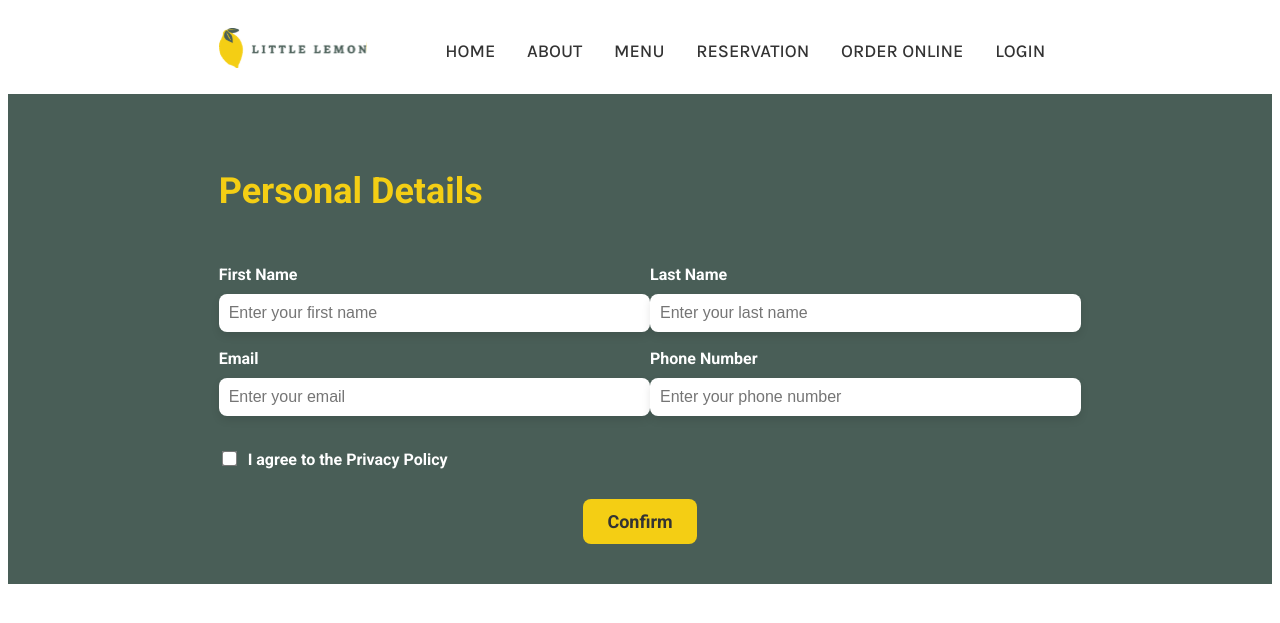
Repository: Yeshwanth-189/little-lemon
Page: /personal-details (app in little-lemon/)
An editor plug-in stored every save of this project. The page is shown before and after the next save, followed by the edit.
The browser window is 1280 px wide. The pictures show the whole page.
The project was rebuilt for these pictures with package versions that can differ from the ones it lists, and the page was loaded fresh each time. Also part of the build but not shown: little-lemon/src/index.css, little-lemon/src/components/Hero/Hero.css, little-lemon/src/components/Hero/Hero.jsx, little-lemon/src/components/Specials/Specials.css, little-lemon/src/components/Specials/Specials.jsx, little-lemon/src/components/Testimonials/Testimonials.css, little-lemon/src/components/Testimonials/Testimonials.jsx, little-lemon/src/components/About/About.css and 6 more.

Above is the page before, as saved 2025-04-26 23:43:05.

### little-lemon/public/index.html
<!DOCTYPE html>
<html lang="en">
  <head>
    <meta charset="utf-8" />
    <link rel="icon" href="%PUBLIC_URL%/Logo.png" />
    <meta name="viewport" content="width=device-width, initial-scale=1" />
    <meta name="theme-color" content="#000000" />
    <meta
      name="description"
      content="Little Lemon is a family-run Mediterranean restaurant in Chicago, IL."
    />
    <meta name="og:image" content="%PUBLIC_URL%/Logo.png" />
    <meta name="og:title" content="Little-Lemon Restaurant" />
    <link rel="apple-touch-icon" href="%PUBLIC_URL%/Logo.png" />
    <!--
      manifest.json provides metadata used when your web app is installed on a
      user's mobile device or desktop. See https://developers.google.com/web/fundamentals/web-app-manifest/
    -->
    <link rel="manifest" href="%PUBLIC_URL%/manifest.json" />
    <!--
      Notice the use of %PUBLIC_URL% in the tags above.
      It will be replaced with the URL of the `public` folder during the build.
      Only files inside the `public` folder can be referenced from the HTML.

      Unlike "/favicon.ico" or "favicon.ico", "%PUBLIC_URL%/favicon.ico" will
      work correctly both with client-side routing and a non-root public URL.
      Learn how to configure a non-root public URL by running `npm run build`.
    -->
    <title>Little Lemon</title>
    <link rel="stylesheet" href="%PUBLIC_URL%/index.css" />
    <link rel="preconnect" href="https://fonts.googleapis.com" />
    <link rel="preconnect" href="https://fonts.gstatic.com" crossorigin />
    <link
      href="https://fonts.googleapis.com/css2?family=Karla:ital,wght@0,200..800;1,200..800&display=swap"
      rel="stylesheet"
    />
    <link rel="preconnect" href="https://fonts.googleapis.com" />
    <link rel="preconnect" href="https://fonts.gstatic.com" crossorigin />
    <link
      href="https://fonts.googleapis.com/css2?family=Karla:ital,wght@0,200..800;1,200..800&family=Roboto:ital,wght@0,100..900;1,100..900&display=swap"
      rel="stylesheet"
    />
  </head>
  <body>
    <noscript>You need to enable JavaScript to run this app.</noscript>
    <div id="root"></div>
    <!--
      This HTML file is a template.
      If you open it directly in the browser, you will see an empty page.

      You can add webfonts, meta tags, or analytics to this file.
      The build step will place the bundled scripts into the <body> tag.

      To begin the development, run `npm start` or `yarn start`.
      To create a production bundle, use `npm run build` or `yarn build`.
    -->
  </body>
</html>

### little-lemon/src/App.js
import React from "react";
import { BrowserRouter as Router, Routes, Route } from "react-router-dom";
import Nav from "./components/Navigation/NavBar";
import Hero from "./components/Hero/Hero";
import Specials from "./components/Specials/Specials";
import Testimonials from "./components/Testimonials/Testimonials";
import About from "./components/About/About";
import Footer from "./components/Footer/Footer";
import Reservation from "./components/Reservation/Reservation";
import ReservationImages from "./components/ReservationImages/ReservationImages";
import PersonalDetails from "./components/PersonalDetails/PersonalDetails";

function Home() {
  return (
    <div>
      <Hero />
      <Specials />
      <Testimonials />
      <About />
      <Footer />
    </div>
  );
}

function Menu() {
  return <h1>Menu Page</h1>;
}

function App() {
  return (
    <Router>
      <Nav />
      <Routes>
        <Route path="/" element={<Home />} />
        <Route path="/menu" element={<Menu />} />
        <Route path="/about" element={<About />} />
        <Route
          path="/reservation"
          element={
            <>
              <Reservation />
              <ReservationImages />
            </>
          }
        />
        <Route path="/personal-details" element={<PersonalDetails />} />
      </Routes>
    </Router>
  );
}

export default App;

### little-lemon/src/components/Navigation/NavBar.jsx
import React from "react";
import { Link as RouterLink } from "react-router-dom";
import { Link as ScrollLink } from "react-scroll";
import Logo from "../../assets/Logo.svg";
import "./NavBar.css";

function Nav() {
  return (
    <nav className="nav-grid">
      {/* Empty 1-2 columns */}
      <div className="nav-empty"></div>

      {/* Logo 3-4 */}
      <div className="nav-logo">
        <img src={Logo} alt="Little Lemon Logo" />
      </div>

      {/* Nav links 5-10 */}
      <div className="nav-links">
        <RouterLink to="/">HOME</RouterLink>
        <ScrollLink
          to="about"
          smooth={true}
          duration={1000}
          offset={-70} // Adjust if your NavBar is sticky
        >
          ABOUT
        </ScrollLink>
        <RouterLink to="/menu">MENU</RouterLink>
        <RouterLink to="/reservation">RESERVATION</RouterLink>
        <RouterLink to="/order-online">ORDER ONLINE</RouterLink>
        <RouterLink to="/login">LOGIN</RouterLink>
      </div>

      {/* Empty 11-12 columns */}
      <div className="nav-empty"></div>
    </nav>
  );
}

export default Nav;

### little-lemon/src/components/PersonalDetails/PersonalDetails.jsx
import React from "react";
import { Formik, Form, Field, ErrorMessage } from "formik";
import * as Yup from "yup";
import "./PersonalDetails.css";

function PersonalDetails() {
  return (
    <section className="personal-details-grid">
      {/* Empty margins */}
      <div className="personal-details-empty"></div>

      {/* Main Section */}
      <div className="personal-details-main">
        <h3 className="personal-details-heading">Personal Details</h3>

        <Formik
          initialValues={{
            firstName: "",
            lastName: "",
            email: "",
            phone: "",
            privacyPolicy: false,
          }}
          validationSchema={Yup.object({
            firstName: Yup.string().required("⚠️ First name is required"),
            lastName: Yup.string().required("⚠️ Last name is required"),
            email: Yup.string()
              .email("⚠️ Invalid email address")
              .required("⚠️ Email is required"),
            phone: Yup.string().required("⚠️ Phone number is required"),
            privacyPolicy: Yup.boolean().oneOf(
              [true],
              " ⚠️ You must accept the Privacy Policy"
            ),
          })}
          onSubmit={(values) => {
            console.log("Personal Details Submitted:", values);
          }}
        >
          {({ handleChange, handleSubmit, values }) => (
            <Form onSubmit={handleSubmit}>
              {/* Row 1: First Name and Last Name */}
              <div className="personal-details-row">
                <div className="personal-details-col">
                  <label>First Name</label>
                  <Field
                    name="firstName"
                    type="text"
                    placeholder="Enter your first name"
                    className="input-field"
                    style={{ width: "100%" }}
                  />
                  <ErrorMessage
                    name="firstName"
                    component="div"
                    className="error-message"
                  />
                </div>
                <div className="personal-details-col">
                  <label>Last Name</label>
                  <Field
                    name="lastName"
                    type="text"
                    placeholder="Enter your last name"
                    className="input-field"
                  />
                  <ErrorMessage
                    name="lastName"
                    component="div"
                    className="error-message"
                  />
                </div>
              </div>

              {/* Row 2: Email and Phone */}
              <div className="personal-details-row">
                <div className="personal-details-col">
                  <label>Email</label>
                  <Field
                    name="email"
                    type="email"
                    placeholder="Enter your email"
                    className="input-field"
                  />
                  <ErrorMessage
                    name="email"
                    component="div"
                    className="error-message"
                  />
                </div>
                <div className="personal-details-col">
                  <label>Phone Number</label>
                  <Field
                    name="phone"
                    type="text"
                    placeholder="Enter your phone number"
                    className="input-field"
                  />
                  <ErrorMessage
                    name="phone"
                    component="div"
                    className="error-message"
                  />
                </div>
              </div>

              {/* Row 3: Privacy Policy Checkbox */}
              <div className="personal-details-row">
                <div className="personal-details-col" style={{ flex: 1 }}>
                  <label>
                    <Field type="checkbox" name="privacyPolicy" /> I agree to
                    the Privacy Policy
                  </label>
                  <ErrorMessage
                    name="privacyPolicy"
                    component="div"
                    className="error-message"
                  />
                </div>
              </div>

              {/* Confirm Button */}
              <div style={{ marginTop: "30px", textAlign: "center" }}>
                <button type="submit" className="submit-button">
                  Confirm
                </button>
              </div>
            </Form>
          )}
        </Formik>
      </div>

      {/* Empty margins */}
      <div className="personal-details-empty"></div>
    </section>
  );
}

export default PersonalDetails;

### little-lemon/src/components/Navigation/NavBar.css
.nav-grid {
  display: grid;
  grid-template-columns: repeat(12, 1fr);
  align-items: center;
  background-color: white;
  padding: 20px 0;
  position: sticky;
  top: 0;
  z-index: 10;
  font-family: "karla", sans-serif;
  font-size: 20px;
  font-weight: 700;
}

/* Empty columns for margins */
.nav-empty {
  grid-column: span 2;
}

/* Logo */
.nav-logo {
  grid-column: span 2;
  font-size: 24px;
  font-weight: bold;
  color: #495e57;
}

.nav-logo a {
  text-decoration: none;
  color: inherit;
}

/* Links */
.nav-links {
  grid-column: span 6;
  display: flex;
  justify-content: space-around;
  align-items: center;
}

.nav-links a {
  text-decoration: none;
  color: #333;
  font-size: 18px;
  font-weight: 500;
}

.nav-links a:hover {
  color: #f4ce14;
}

/* MOBILE RESPONSIVE */
@media (max-width: 768px) {
  .nav-grid {
    grid-template-columns: repeat(4, 1fr);
    padding: 10px 0;
  }

  .nav-empty {
    display: none; /* No margin on mobile */
  }

  .nav-logo {
    grid-column: span 2;
    font-size: 20px;
    text-align: left;
    padding-left: 10px;
  }

  .nav-links {
    grid-column: span 2;
    display: flex;
    flex-direction: column; /* Stack links vertically */
    gap: 10px;
    align-items: flex-end;
    padding-right: 10px;
  }

  .nav-links a {
    font-size: 16px;
  }
}

### little-lemon/src/components/ReservationImages/ReservationImages.css
.reservation-images-grid {
  display: grid;
  grid-template-columns: repeat(12, 1fr);
  background-color: #fff;
  width: 100%;
  max-width: 1440px;
  margin: 0 auto;
  padding: 60px 0;
}

/* Empty margins */
.reservation-images-empty {
  display: none;
}

/* Images and Button Center */
.reservation-images-content {
  grid-column: 3 / span 8;
  display: flex;
  flex-direction: column;
  align-items: center;
  gap: 30px;
}

/* Images Row */
.images-row {
  display: flex;
  justify-content: space-between;
  width: 100%;
  gap: 20px;
}

.images-row img {
  flex: 1;
  width: 100%;
  height: 200px;
  object-fit: cover;
  border-radius: 12px;
}

/* Button Row */
.button-row {
  margin-top: 20px;
}

.submit-button {
  background-color: #f4ce14;
  color: #333;
  font-size: 18px;
  padding: 12px 24px;
  border: none;
  border-radius: 8px;
  font-weight: bold;
  font-family: "roboto", sans-serif;
  cursor: pointer;
  transition: background-color 0.3s ease;
}

.submit-button:hover {
  background-color: #ffd700;
}

/* MOBILE RESPONSIVE */
@media (max-width: 768px) {
  .reservation-images-content {
    grid-column: 1 / span 4;
  }

  .images-row {
    flex-direction: column;
    gap: 20px;
  }

  .images-row img {
    height: 200px;
  }

  .button-row {
    margin-top: 20px;
  }
}

### little-lemon/src/components/PersonalDetails/PersonalDetails.css
/* Grid Layout */
.personal-details-grid {
  display: grid;
  grid-template-columns: repeat(12, 1fr);
  width: 100%;
  max-width: 1440px;
  margin: 0 auto;
  min-height: 350px;
  padding: 40px 0;
  background-color: #495e57; /* Match Reservation Section background */
  color: white;
}

/* Empty margins */
.personal-details-empty {
  display: none;
}

/* Heading */
.personal-details-heading {
  font-size: 36px;
  margin-bottom: 2%;
  color: #f4ce14;
  font-family: "roboto", sans-serif;
}

/* Main Section (3-10 columns) */
.personal-details-main {
  grid-column: 3 / span 8;
  display: flex;
  flex-direction: column;
  gap: 20px;
}

/* Each Row */
.personal-details-row {
  display: flex;
  justify-content: space-between;
  gap: 20px;
  font-family: "roboto", sans-serif;
}

/* Each Column inside Row */
.personal-details-col {
  flex: 1;
  display: flex;
  flex-direction: column;
  gap: 10px;
  font-family: "roboto", sans-serif;
  font-size: 20px;
}

/* Inputs (First Name, Last Name, Email, Phone) */
.personal-details-col input[type="text"],
.personal-details-col input[type="email"],
.personal-details-col input[type="tel"] {
  padding: 10px;
  border-radius: 8px;
  border: none;
  font-size: 16px;
  background-color: white;
  box-shadow: 0 4px 8px rgba(0, 0, 0, 0.1);
  appearance: none;
  cursor: text;
  transition: box-shadow 0.3s ease;
  width: 100%;
}

.personal-details-col input[type="text"]:hover,
.personal-details-col input[type="email"]:hover,
.personal-details-col input[type="tel"]:hover {
  box-shadow: 0 6px 12px rgba(0, 0, 0, 0.2);
}

/* Checkbox Styling */
.personal-details-col input[type="checkbox"] {
  margin-right: 8px;
  transform: scale(1.2);
}

/* Labels */
.personal-details-col label {
  font-size: 16px;
  font-weight: bold;
  margin-top: 4%;
}

/* Error Messages */
.error-message {
  color: orange;
  font-size: 10px;
  margin-top: 4px;
  opacity: 0.8;
  font-weight: 500;
  font-family: "roboto", sans-serif;
}

/* Confirm Button */
.submit-button {
  background-color: #f4ce14;
  color: #333;
  font-size: 18px;
  padding: 12px 24px;
  border: none;
  border-radius: 8px;
  cursor: pointer;
  transition: background-color 0.3s ease;
}

.submit-button:hover {
  background-color: #ffd700;
}

/* MOBILE RESPONSIVE */
@media (max-width: 768px) {
  .personal-details-grid {
    grid-template-columns: repeat(4, 1fr);
    padding: 30px 0;
  }

  .personal-details-main {
    grid-column: 1 / span 4;
  }

  .personal-details-row {
    flex-direction: column;
  }

  .submit-button {
    width: 100%;
  }
}

Loaded but not shown: little-lemon/src/index.js (common file); little-lemon/src/reportWebVitals.js (common file); little-lemon/public/index.css (common file)

After the next save:
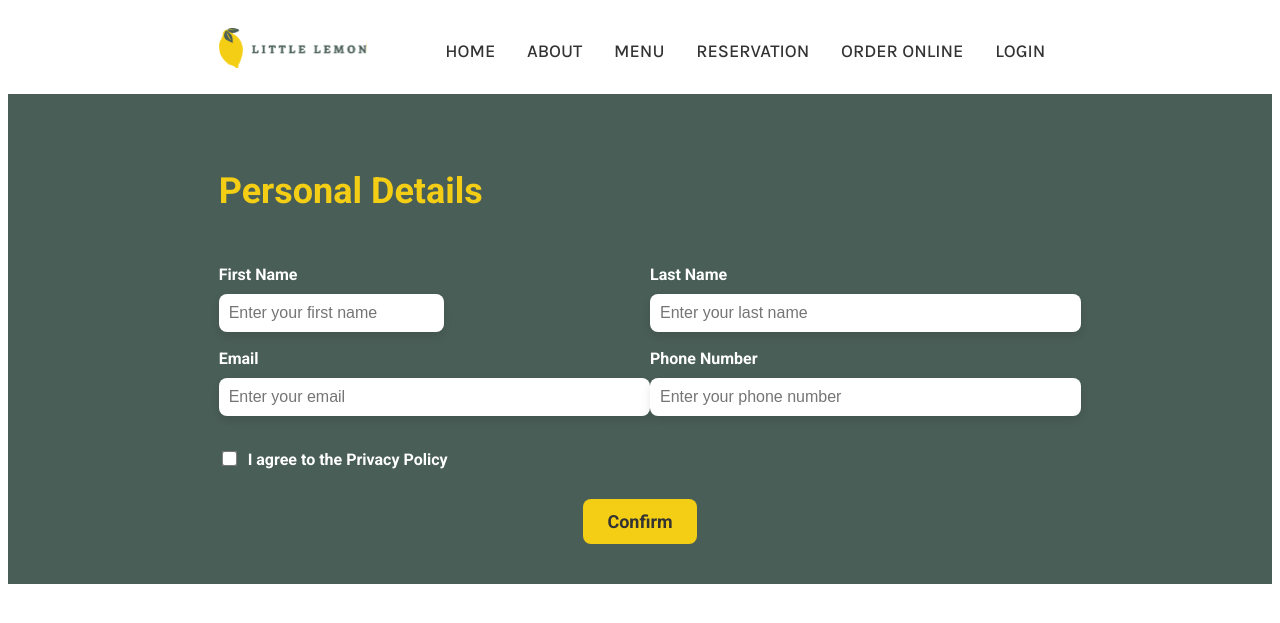
Saved 7 s later.
--- a/little-lemon/src/components/PersonalDetails/PersonalDetails.jsx
+++ b/little-lemon/src/components/PersonalDetails/PersonalDetails.jsx
@@ -48,7 +48,7 @@ function PersonalDetails() {
                     type="text"
                     placeholder="Enter your first name"
                     className="input-field"
-                    style={{ width: "100%" }}
+                    style={{ width: "50%" }}
                   />
                   <ErrorMessage
                     name="firstName"
